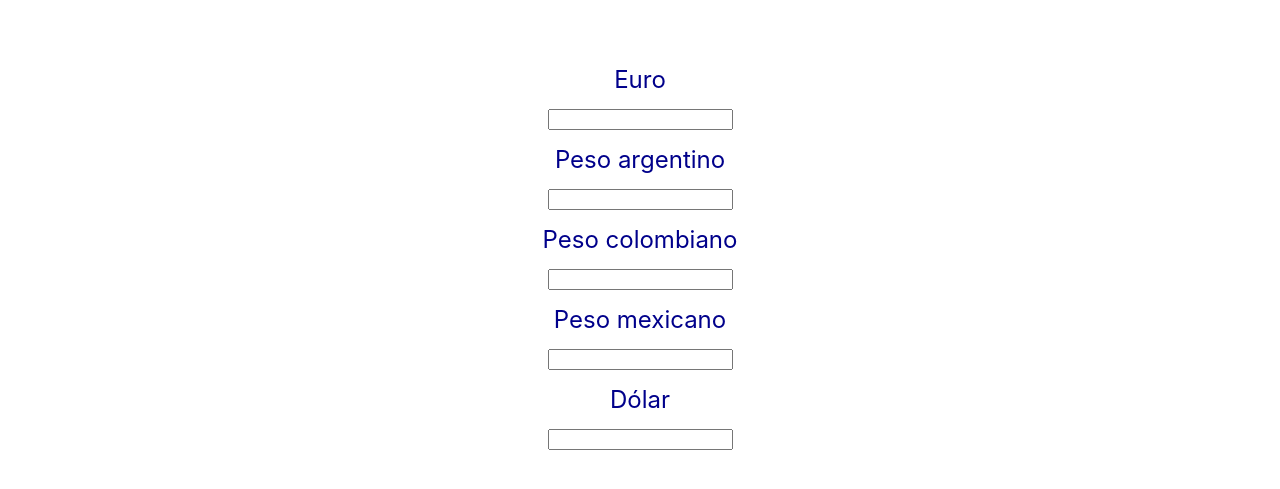
Repository: abgdev1997/ejercicios-react
Page: /
The author's editor kept a copy of each file at every save. The page is drawn from the files as they stood at one save, then again after the next save.
The browser window is 1280 px wide. The pictures show the whole page.
The project was rebuilt for these pictures with package versions that can differ from the ones it lists, and the page was loaded fresh each time.

Above is the page before, as saved 2022-02-22 14:05:11.

### public/index.html
<!DOCTYPE html>
<html lang="en">
  <head>
    <meta charset="utf-8" />
    <link rel="icon" href="%PUBLIC_URL%/favicon.ico" />
    <meta name="viewport" content="width=device-width, initial-scale=1" />
    <meta name="theme-color" content="#000000" />
    <meta
      name="description"
      content="Web site created using create-react-app"
    />
    <link rel="apple-touch-icon" href="%PUBLIC_URL%/logo192.png" />
    <link rel="manifest" href="%PUBLIC_URL%/manifest.json" />
    <title>JAB Converter</title>
  </head>
  <body>
    <noscript>You need to enable JavaScript to run this app.</noscript>
    <div id="root"></div>
  </body>
</html>

### src/index.js
import React from 'react';
import ReactDOM from 'react-dom';
import './index.css';
import AppConversor from './AppConversor';

ReactDOM.render(
  <React.StrictMode>
    <AppConversor />
  </React.StrictMode>,
  document.getElementById('root')
);

### src/AppConversor.js
import { useState } from "react";
import "./AppConversor.css";

function AppConversor() {
  const [monedas, setMonedas] = useState({
      euro: 1,
      pesoArgentino: 237.2,
      pesoColombiano: 9087,
      pesoMexicano: 46.4,
      dolar: 3.6
  });



  return <div className="AppConversor">
      <label className="label">Euro</label>
      <input className="input"></input>
      <label className="label">Peso argentino</label>
      <input className="input"></input>
      <label className="label">Peso colombiano</label>
      <input className="input"></input>
      <label className="label">Peso mexicano</label>
      <input className="input"></input>
      <label className="label">Dólar</label>
      <input className="input"></input>
  </div>;
}
export default AppConversor;

### src/AppConversor.css
.AppConversor{
    display: flex;
    flex-direction: column;
    align-items: center;
    margin-top: 50px;
}

.label{
    padding: 15px;
    font-size: 1.5rem;
    color:darkblue;
}

Loaded but not shown: src/index.css (common file)

After the next save:
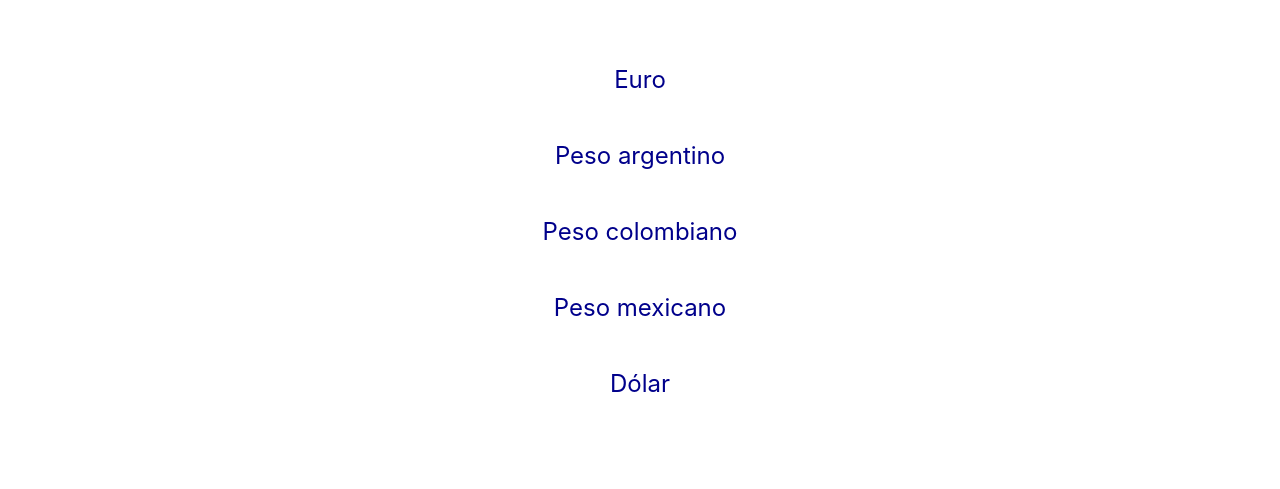
Saved 27 s later.
--- a/src/AppConversor.css
+++ b/src/AppConversor.css
@@ -10,3 +10,7 @@
     font-size: 1.5rem;
     color:darkblue;
 }
+
+.input{
+    border: none;
+}
